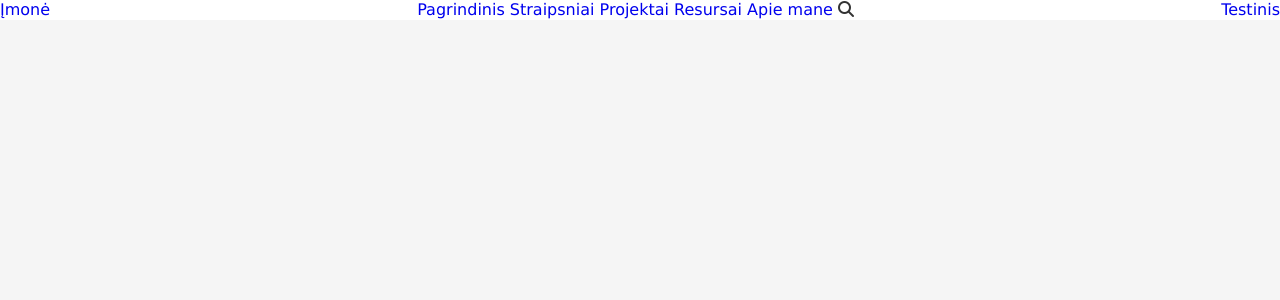
Repository: motiejus1/14-paskaita-05.31
Page: index.html
These files come from the project's save history. The page is drawn as it stood at one moment and after the next save; the edit follows.
The browser window is 1280 px wide. The pictures show the whole page.
Some web libraries are served in a nearby version.

Above is the page before, as saved 2021-06-23 18:49:18.

After the next save:
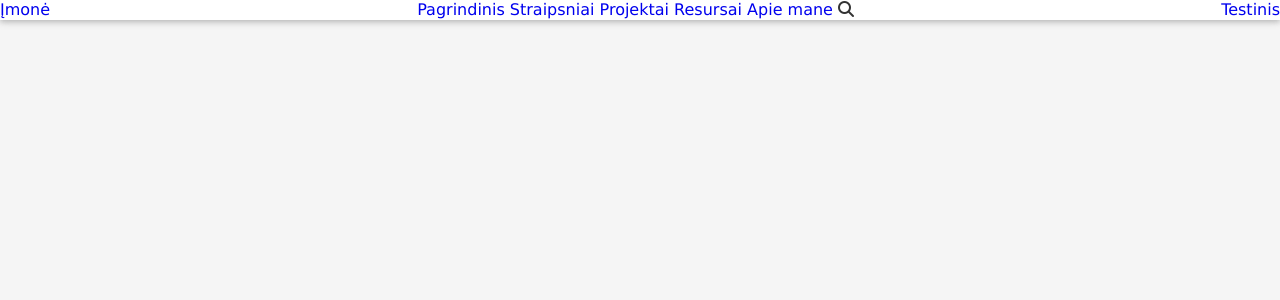
Saved 7 s later.
--- a/index.html
+++ b/index.html
@@ -44,7 +44,7 @@
 
         .navbar-component {
             background-color: white;
-            box-shadow: box-shadow: 0 2px 5px rgba(0,0,0,0.16), 0 2px 10px rgba(0,0,0,0.12);
+            box-shadow: 0 2px 5px rgba(0,0,0,0.16), 0 2px 10px rgba(0,0,0,0.12);
         }
 
 
